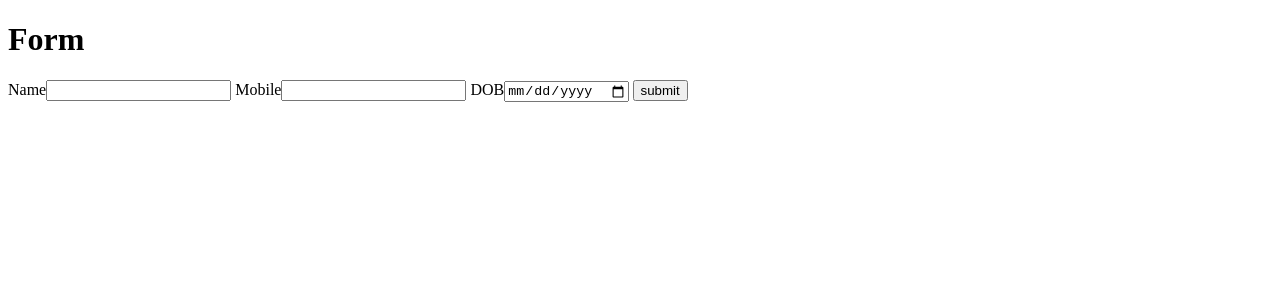
Repository: Strangeryoga/JSHS
Page: Servlet2/Fetch/src/main/webapp/index.html
These files come from the project's save history. The page is drawn as it stood at one moment and after the next save; the edit follows.
The browser window is 1280 px wide. The pictures show the whole page.

Above is the page before, as saved 2023-08-09 12:06:05.

After the next save:
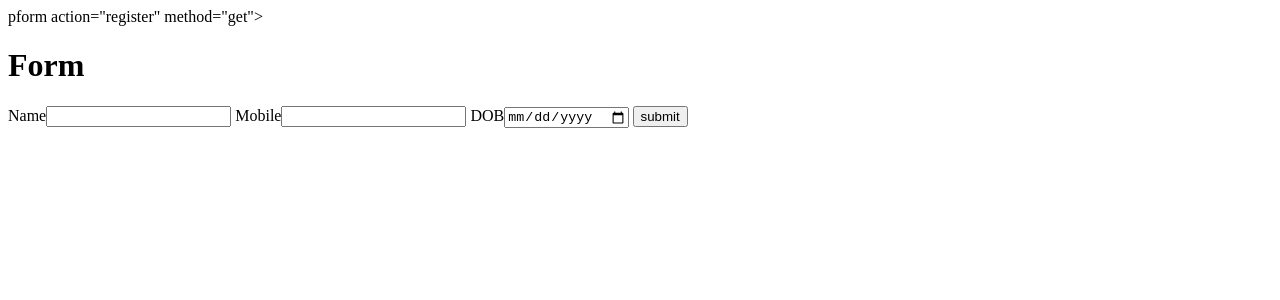
Saved 18 s later.
--- a/Servlet2/Fetch/src/main/webapp/index.html
+++ b/Servlet2/Fetch/src/main/webapp/index.html
@@ -5,7 +5,7 @@
 <title>Insert title here</title>
 </head>
 <body>
-<form action="register" method="get">
+pform action="register" method="get">
   <h1>Form</h1>
   Name<input type="text" name="nm">
   Mobile<input type="text" name="mn">

After the save that followed:
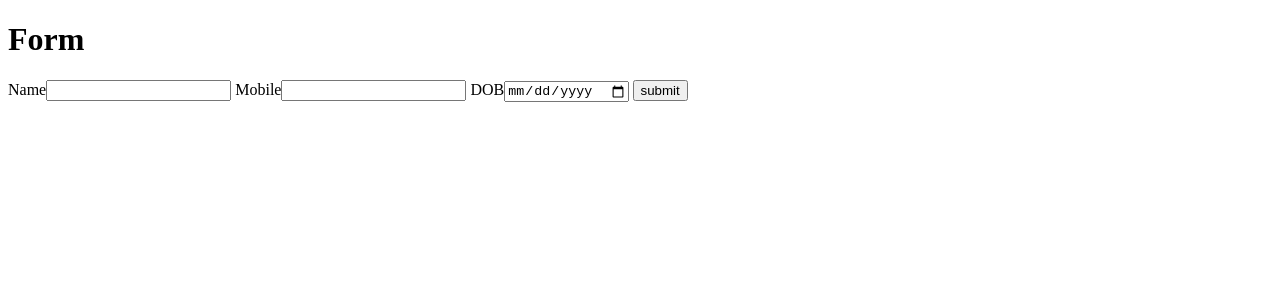
Saved 9 s later.
--- a/Servlet2/Fetch/src/main/webapp/index.html
+++ b/Servlet2/Fetch/src/main/webapp/index.html
@@ -5,7 +5,7 @@
 <title>Insert title here</title>
 </head>
 <body>
-pform action="register" method="get">
+<form action="register" method="post">
   <h1>Form</h1>
   Name<input type="text" name="nm">
   Mobile<input type="text" name="mn">
